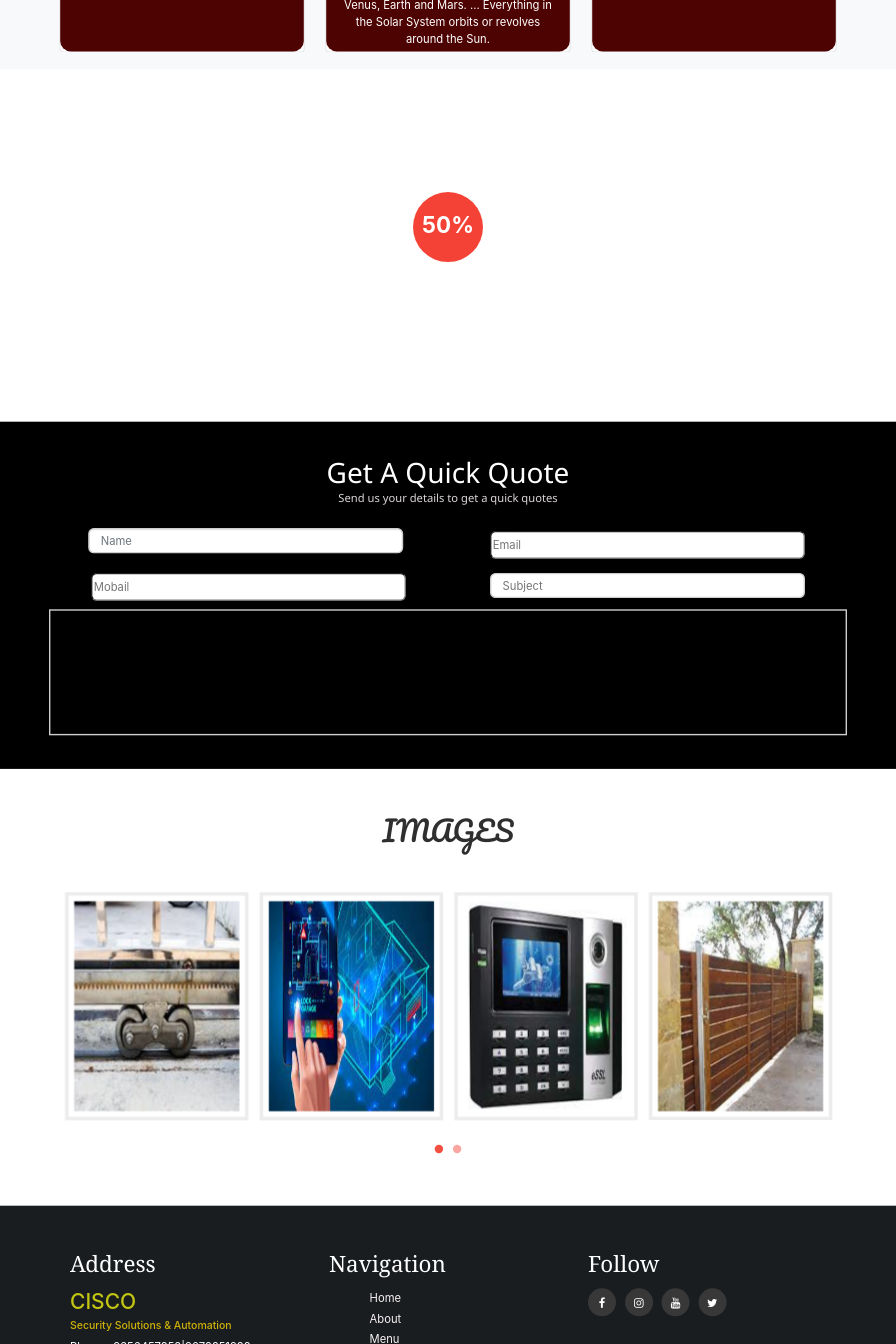
Repository: Nuhman123/Cisco
Page: index.html
An editor plug-in stored every save of this project. The page is shown before and after a run of saves, followed by the edit.
The browser window is 1280 px wide. The pictures show the part of the page from y = 1818 to 3738 px (the page is 3988 px tall), at 70% of full size.

Above is the page before, as saved 2021-04-10 16:46:28.

After the next 3 saves:
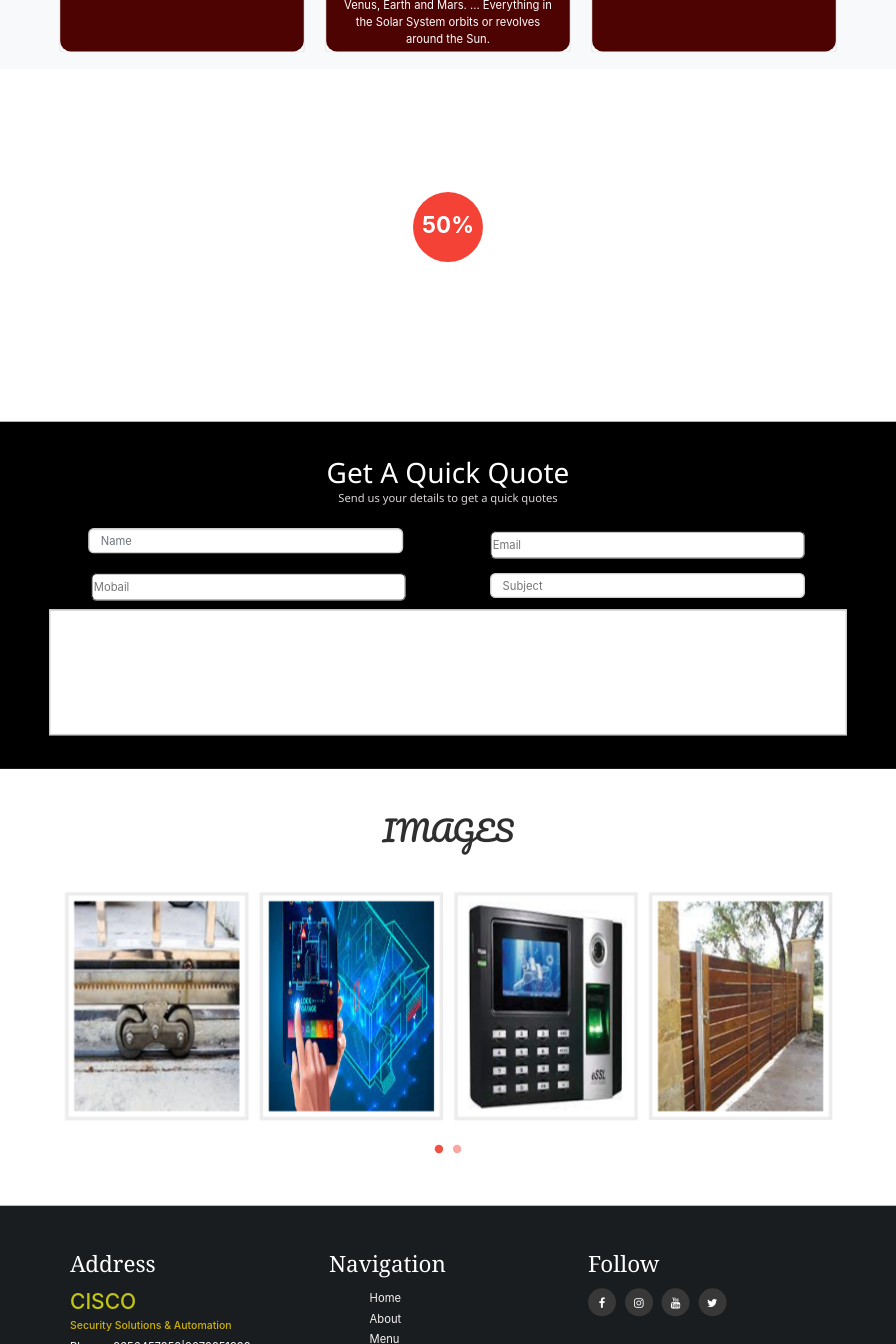
The 3 saves are shown as one change because they came seconds apart.
The last was saved 11 s later.
--- a/index.html
+++ b/index.html
@@ -336,7 +336,7 @@
 						<input type="text" placeholder="Subject" style="width: 450px;background: white;margin: 12px; height: 30px;border-radius: 8px;">
 					</div>
 					<div></div>
-					<textarea cols="30" rows="6" style="b"></textarea>
+					<textarea cols="30" rows="6" style="background: white;"></textarea>
 
 				</div>
 			  </form>
